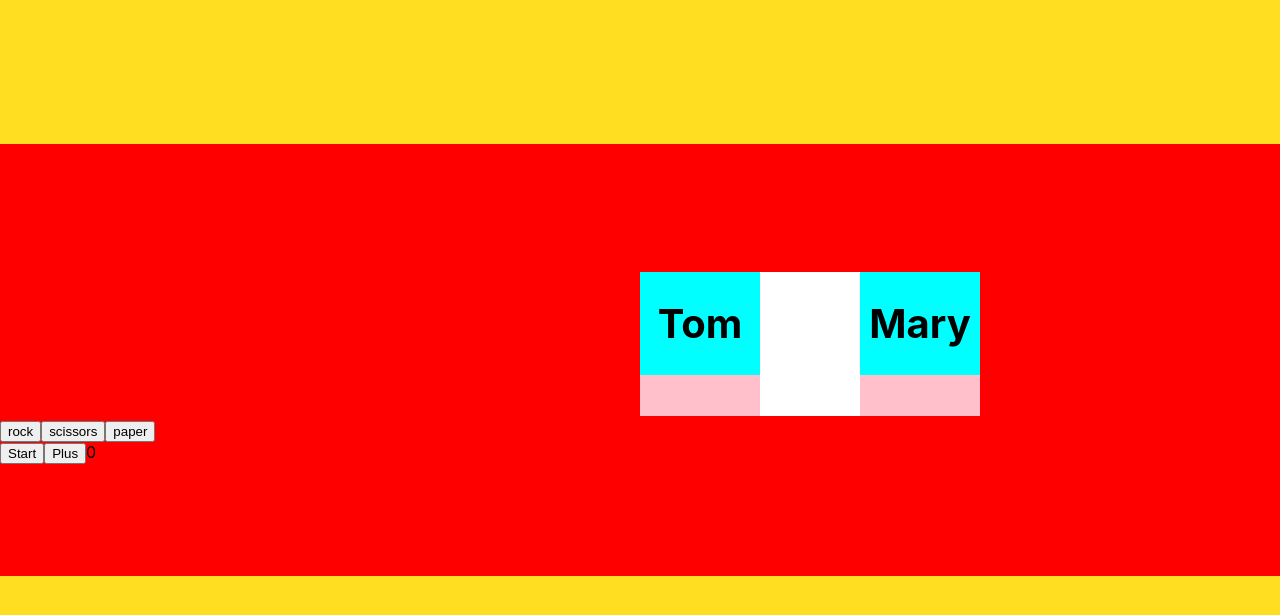
Repository: K009/Rock-Paper-Scissors
Page: /
These files come from the project's save history. The page is drawn as it stood at one moment and after the next save; the edit follows.
The browser window is 1280 px wide. The pictures show the whole page.
The project was rebuilt for these pictures with package versions that can differ from the ones it lists, and the page was loaded fresh each time.

Above is the page before, as saved 2020-05-13 09:09:09.

After the next save:
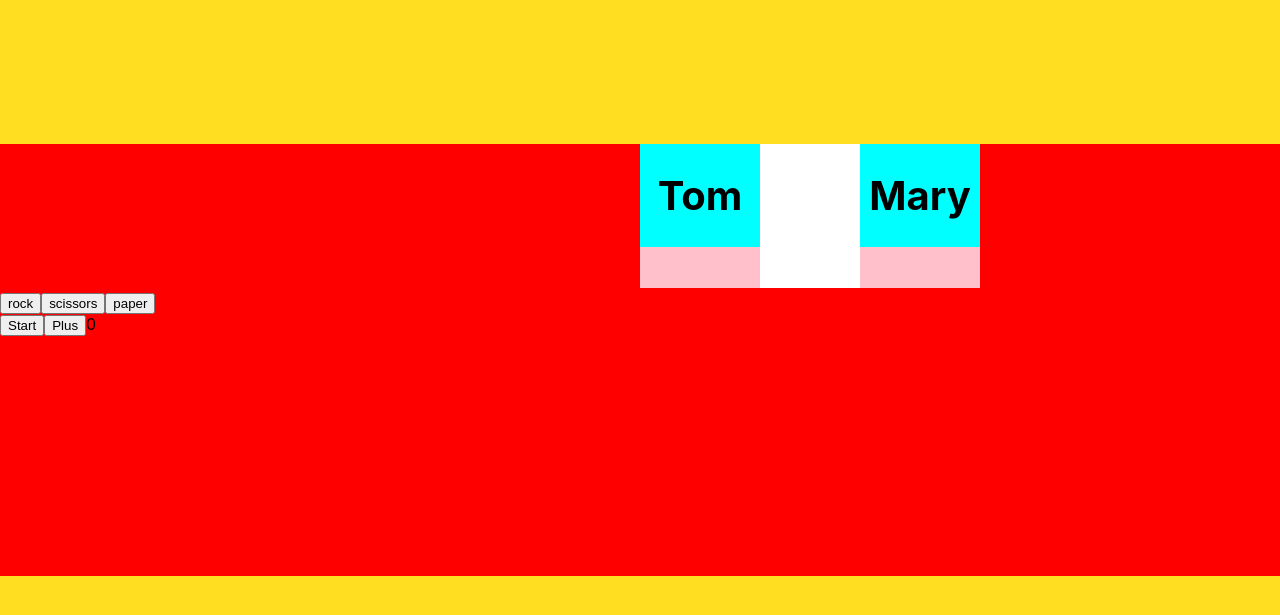
Saved 49 s later.
--- a/src/App.css
+++ b/src/App.css
@@ -17,7 +17,6 @@
   text-align: center;
   display: inline-block;
   margin-left: 50%;
-  margin-top: 10%;
 }
 
 .break {
